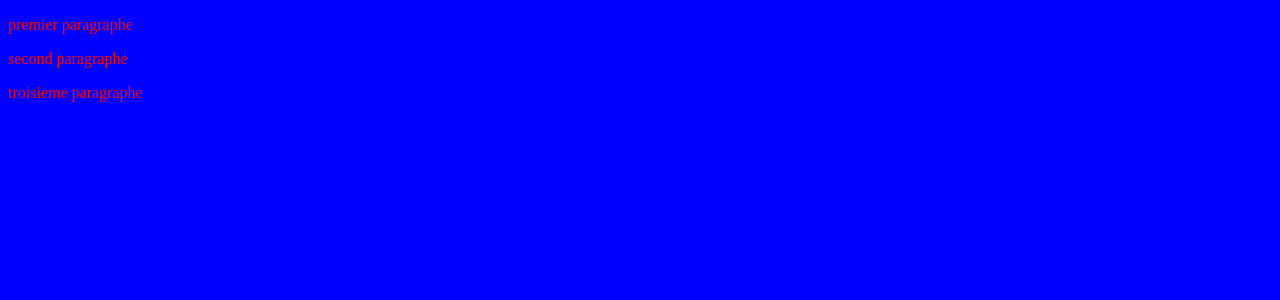
Repository: Poulpyto/fitec
Page: workspaceHtmlFlo/PremierTp_htmlCss/WebContent/divEtSpan.html
An editor plug-in stored every save of this project. The page is shown before and after the next save, followed by the edit.
The browser window is 1280 px wide. The pictures show the whole page.

Above is the page before, as saved 2017-04-03 14:38:40.

### workspaceHtmlFlo/PremierTp_htmlCss/WebContent/divEtSpan.html
<!DOCTYPE html>
<html>
	<head>
	<meta charset="UTF-8">
		<link rel="stylesheet" href="css/style3.css" />
		<title>div et span</title>
	</head>
	<body>
		<p> premier paragraphe </p>
		<p>	second paragraphe </p>
		<p> troisieme paragraphe </p>

	</body>
</html>

### workspaceHtmlFlo/PremierTp_htmlCss/WebContent/css/style3.css
@CHARSET "UTF-8";

body {
	background-color: blue;
	color : red;
}

p{

}

After the next save:
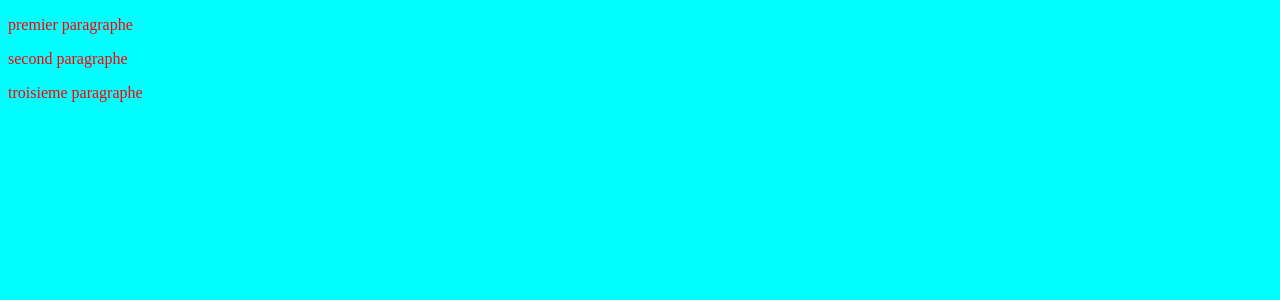
Saved 17 s later.
--- a/workspaceHtmlFlo/PremierTp_htmlCss/WebContent/css/style3.css
+++ b/workspaceHtmlFlo/PremierTp_htmlCss/WebContent/css/style3.css
@@ -1,7 +1,7 @@
 @CHARSET "UTF-8";
 
 body {
-	background-color: blue;
+	background-color: #00ffff;
 	color : red;
 }
 
